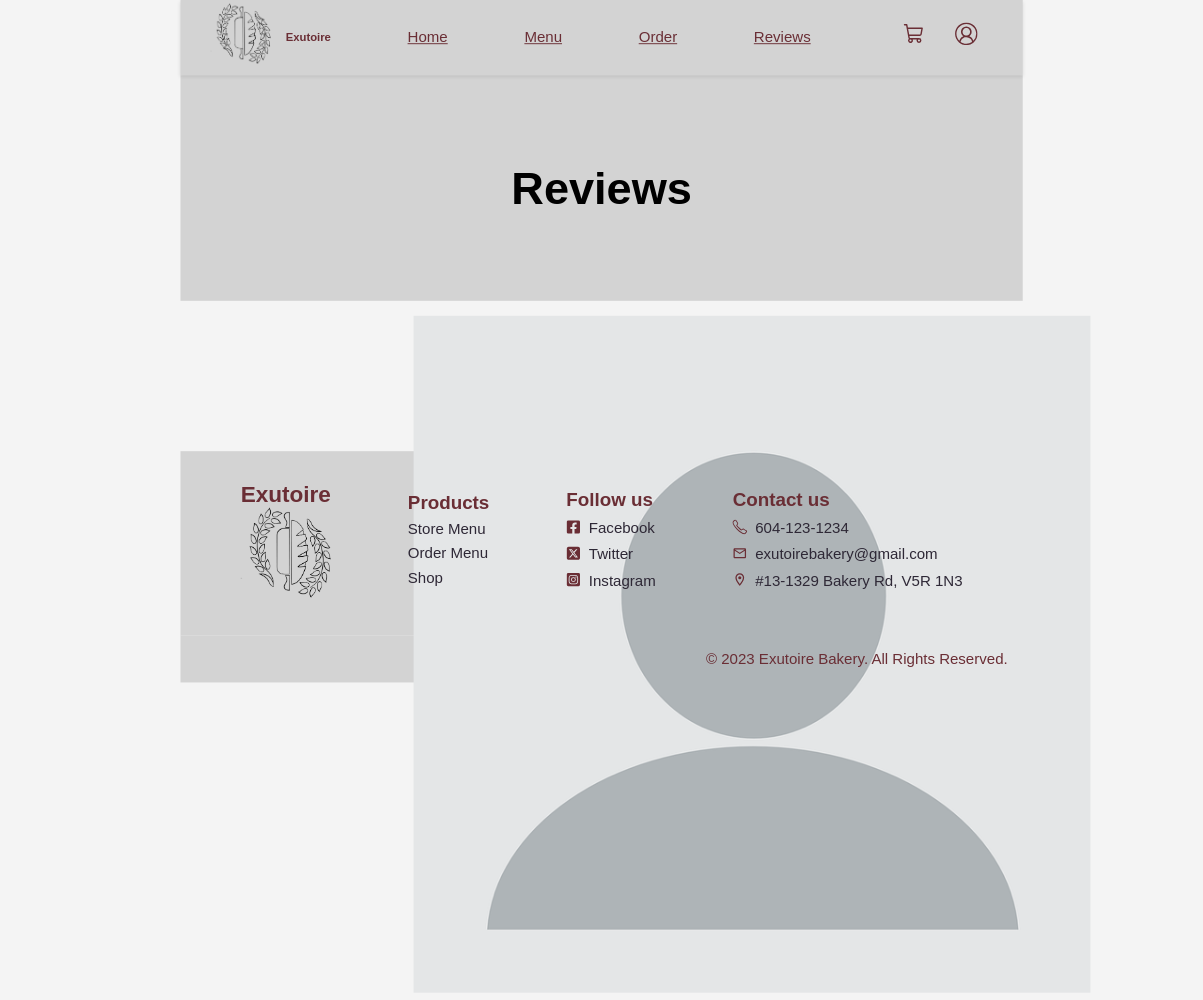
Repository: MelissaJacobi/COMP3170-final-proj
Page: /Reviews
The author's editor kept a copy of each file at every save. The page is drawn from the files as they stood at one save, then again after the next save.
The browser window is 1280 px wide. The pictures show the whole page, at 94% of full size.
The project was rebuilt for these pictures with package versions that can differ from the ones it lists, and the page was loaded fresh each time. Also part of the build but not shown: vite.config.js, src/pages/ShoppingCart.module.css, src/components/ShoppingCartCard.module.css, src/components/ShoppingCartCard.jsx, src/components/OrderTotal.jsx, src/pages/ShoppingCart.jsx, src/pages/Profile.module.css, src/pages/Profile.jsx and 32 more.

Above is the page before, as saved 2024-10-19 19:09:45.

### src/main.jsx
import { StrictMode } from 'react'
import { createRoot } from 'react-dom/client'
import App from './App.jsx'
import './index.css'

const rootElement = document.getElementById('root');
if (rootElement) {
  createRoot(rootElement).render(
    <StrictMode>
      <App />
    </StrictMode>
  );
}

### src/App.jsx
import { BrowserRouter as Router, Routes, Route } from 'react-router-dom';
import styles from './App.module.css';
import Header from './components/Header';
import Footer from './components/Footer';
import Home from './pages/Home';
import Menu from './pages/menu';
import Bread from './pages/Bread';
import Pastries from './pages/Pastries';
import Cakes from './pages/Cakes';
import Drinks from './pages/Drinks';
import Seasonal from './pages/Seasonal';
import OrderPickUp from './pages/OrderPickUp';
import OrderDelivery from './pages/OrderDelivery';
import ShoppingCart from './pages/ShoppingCart';
import Profile from './pages/Profile';
import Reviews from './pages/reviews';

function App() {
  return (
    <Router>
      <div className={styles.appContainer}>
        <Header />
        <Routes>
          <Route path="/" element={<Home />} />
          <Route path="/menu" element={<Menu />} />
          <Route path="/menu/bread" element={<Bread />} />
          <Route path="/menu/pastries" element={<Pastries />} />
          <Route path="/menu/cakes" element={<Cakes />} />
          <Route path="/menu/drinks" element={<Drinks />} />
          <Route path="/menu/seasonal" element={<Seasonal />} />
          <Route path="/orderpickup" element={<OrderPickUp />} />
          <Route path="/orderdelivery" element={<OrderDelivery />} />
          <Route path="/shoppingcart" element={<ShoppingCart/>}/>
          <Route path="/profile" element={<Profile />}/>
          <Route path="/Reviews" element={<Reviews />}/>
        </Routes>
        <Footer />
      </div>
    </Router>
  );
}

export default App;

### src/index.css
* {
  margin: 0;
  padding: 0;
  box-sizing: border-box;
}

body {
  font-family: Arial, sans-serif;
  line-height: 1.6;
  background-color: #f4f4f4;
}

:root {
  --primary-color: lightgrey;
  --secondary-color: lightblue;
  --accent-color: #6A2E35;
  --background-color: white;
  --text-color: #2E2836;
}

### src/App.module.css
.appContainer {
    width: 70%;
    height: 100%;
    margin: auto;
}

### src/components/Header.jsx
// Header.tsx
import { Link, Route, Router, Routes } from 'react-router-dom';
import styles from './Header.module.css';
import logo from "../assets/images/logo.png";
import { PiShoppingCart } from "react-icons/pi";
import { VscAccount } from "react-icons/vsc";
import OverallCart from '../pages/ShoppingCart';
import Profile from '../pages/Profile';

export default function Header() {
  return (
    <div className={styles.container}>
      <div>
        <Link to ="/"><img src={logo} alt="Logo" className={styles.logo} /></Link>
        <p className={styles.siteTitle}>Exutoire</p>
      </div>
      <Link to="/" className={styles.links}>Home</Link>
      <Link to="/Menu" className={styles.links}>Menu</Link>
      <Link to="/OrderPickUp" className={styles.links}>Order</Link>
      <Link to="/Reviews" className={styles.links}>Reviews</Link>
      <div>
        <Link to="/ShoppingCart">
          <PiShoppingCart className={styles.icon} />
        </Link>
        <Link to="/Profile">
          <VscAccount className={styles.icon} />
        </Link>
      </div>
    </div>
  );
}

### src/components/Footer.tsx
import logo from "../assets/images/logo.png"
import styles from "./Footer.module.css"
import { FaFacebookSquare } from "react-icons/fa";
import { FaSquareXTwitter } from "react-icons/fa6";
import { FaInstagramSquare } from "react-icons/fa";
import { SlPhone } from "react-icons/sl";
import { MdOutlineMailOutline } from "react-icons/md";
import { MdOutlineLocationOn } from "react-icons/md";

export default function Footer() {

  return (
    <>
      <div className={styles.container}>
        <div>
            <p className={styles.siteTitle}>Exutoire</p>
            <img src={logo} alt="Logo" className={styles.logo}/>
        </div>
        <ul>
          <p>Products</p>
          <li>Store Menu</li>
          <li>Order Menu</li>
          <li>Shop</li>
        </ul>
        <ul>
          <p>Follow us</p>
          <li><FaFacebookSquare className={styles.socialIcon}/>Facebook</li>
          <li><FaSquareXTwitter className={styles.socialIcon}/>Twitter</li>
          <li><FaInstagramSquare className={styles.socialIcon}/>Instagram</li>
        </ul>
        <ul>
          <p>Contact us</p>
          <li><SlPhone  className={styles.socialIcon}/>604-123-1234</li>
          <li><MdOutlineMailOutline className={styles.socialIcon}/>exutoirebakery@gmail.com</li>
          <li><MdOutlineLocationOn className={styles.socialIcon}/>#13-1329 Bakery Rd, V5R 1N3</li>
        </ul>
      </div>
      <p className={styles.copywrite}>© 2023 Exutoire Bakery.  All Rights Reserved.</p>
    </>
  )
}

### src/pages/reviews.jsx
import styles from "./Reviews.module.css"
import Review from "../components/Review";

export default function Reviews() {
    return (
      <div className={styles.container}>
        <div className={styles.banner}>
            <h1>Reviews</h1>
        </div>
        <div className={styles.reviews}>
            <Review />
        </div>

      </div>
    );
  }

### src/components/Header.module.css
.container {
    background-color: var(--primary-color);
    width: 100%;
    height: 5rem;
    display: flex;
    align-items: center;
    justify-content: space-between;
    padding: 2rem;
    position: sticky;
    top: 0;
    z-index: 1000;
    box-shadow: 0 2px 4px rgba(0, 0, 0, 0.1);
}

.logo {
    height: 4rem;
    width: 4rem;
}

.siteTitle {
    font-size: 12px;
    font-style: normal;
    font-weight: 700;
    line-height: normal;
    margin-left: 1rem;
    color: var(--accent-color)
}

.container div {
    display: flex;
    align-items: center;
}

.links {
    font-size: 16px;
    font-style: normal;
    font-weight: 400;
    line-height: normal;
    color: var(--accent-color)
}

.icon {
    height: 1.5rem;
    width: 1.5rem;
    margin: 1rem;
    color: var(--accent-color)
}

### src/components/Footer.module.css
.container {
    background-color: var(--primary-color);
    height: 100%;
    width: 100%;
    display: flex;
    flex-wrap: wrap;
    align-items: center;
    justify-content: space-between;
    padding: 2rem 4rem;
}

.container div{
    text-align: center;
}

.logo {
    width: 6rem;
    height: 6rem;
}

.siteTitle {
    font-size: 24px;
    font-style: normal;
    font-weight: 700;
    line-height: normal;
    color: var(--accent-color)
}

.container ul p {
    color: var(--accent-color);
    font-size: 20px;
    font-style: normal;
    font-weight: 700;
    line-height: normal;
}

.container ul li {
    font-size: 16px;
    font-style: normal;
    font-weight: 400;
    line-height: normal;
    margin: 0.5rem 0rem;
    padding: 0;
    list-style-type: none;
    color: var(--text-color)
}

.socialIcon {
    transform: translateY(0.1rem);
    color: var(--accent-color);
    margin-right: 0.5rem;
}

.copywrite {
    width: 100%;
    text-align: right;
    padding: 1rem;
    font-size: 16px;
    font-style: normal;
    font-weight: 400;
    line-height: normal;
    color: var(--accent-color);
    background-color: var(--primary-color);
}

### src/pages/Reviews.module.css
.container {
    width: 100%;
}

.banner {
    width: 100%;
    height: 15rem;
    display: flex;
    justify-content: center;
    align-items: center;
    background-color: var(--primary-color);
}

.container h1 {
    font-size: 48px;
    font-style: normal;
    font-weight: 700;
    line-height: normal;
}

.reviews {
    width: 100%;
    display: flex;
    justify-content: center;
    flex-wrap: wrap;
}

### src/components/Review.jsx
import styles from "./Review.module.css"
import profile from "../assets/images/profile.webp";

export default function Review() {
    return (
      <div className={styles.container}>
        <img src={profile} className={styles.profileImg} />
      </div>
    );
  }

### src/components/OrderTotal.module.css
.orderTotalContainer {
    display: flex;
    flex-direction: column;
    justify-content: flex-end;
    align-items: flex-end;
}

.subtotal, .tax, .grandTotal {
    display: flex;
    flex-direction: row;
    justify-content: space-around;
    width: 55%;
    margin: 0.5rem;
}

.grandTotal {
    font-size: 40px;
    font-weight: 300;
}

.line {
    background-color: #9a9a9a;
    height: 0.2rem;
    width: 55%;
}

.lineThin {
    background-color: #9a9a9a;
    height: 0.1rem;
    width: 55%;
}

.btns, Link {
    display: flex;
    justify-content: center;
    align-items: center;
    width: 30%;
    margin-bottom: 1rem;
}

.backBtn {
    background-color: inherit;
    color: #6A2E35;
}

.checkoutBtn {
    display: flex;
    justify-content: center;
    align-items: center;
    background-color: #6A2E35;
    height: 2.7rem;
    border-radius: 0;
}

### src/components/Review.module.css
.container {
    background-color: var(--primary-color);
    width: 25rem;
    height: 8rem;
    Margin: 1rem;
}

Loaded but not shown: index.html (common file)

After the next save:
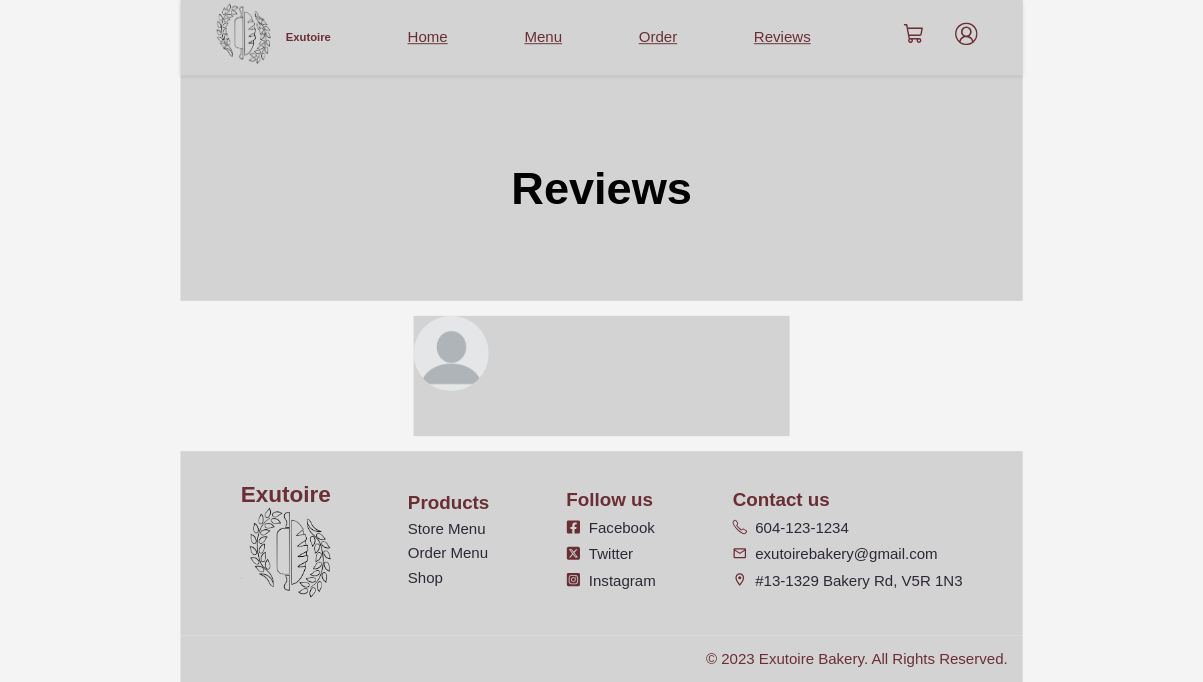
Saved 24 s later.
--- a/src/components/Review.module.css
+++ b/src/components/Review.module.css
@@ -4,3 +4,9 @@
     height: 8rem;
     Margin: 1rem;
 }
+
+.profileImg {
+    width: 5rem;
+    height: 5rem;
+    border-radius: 50%;
+}
